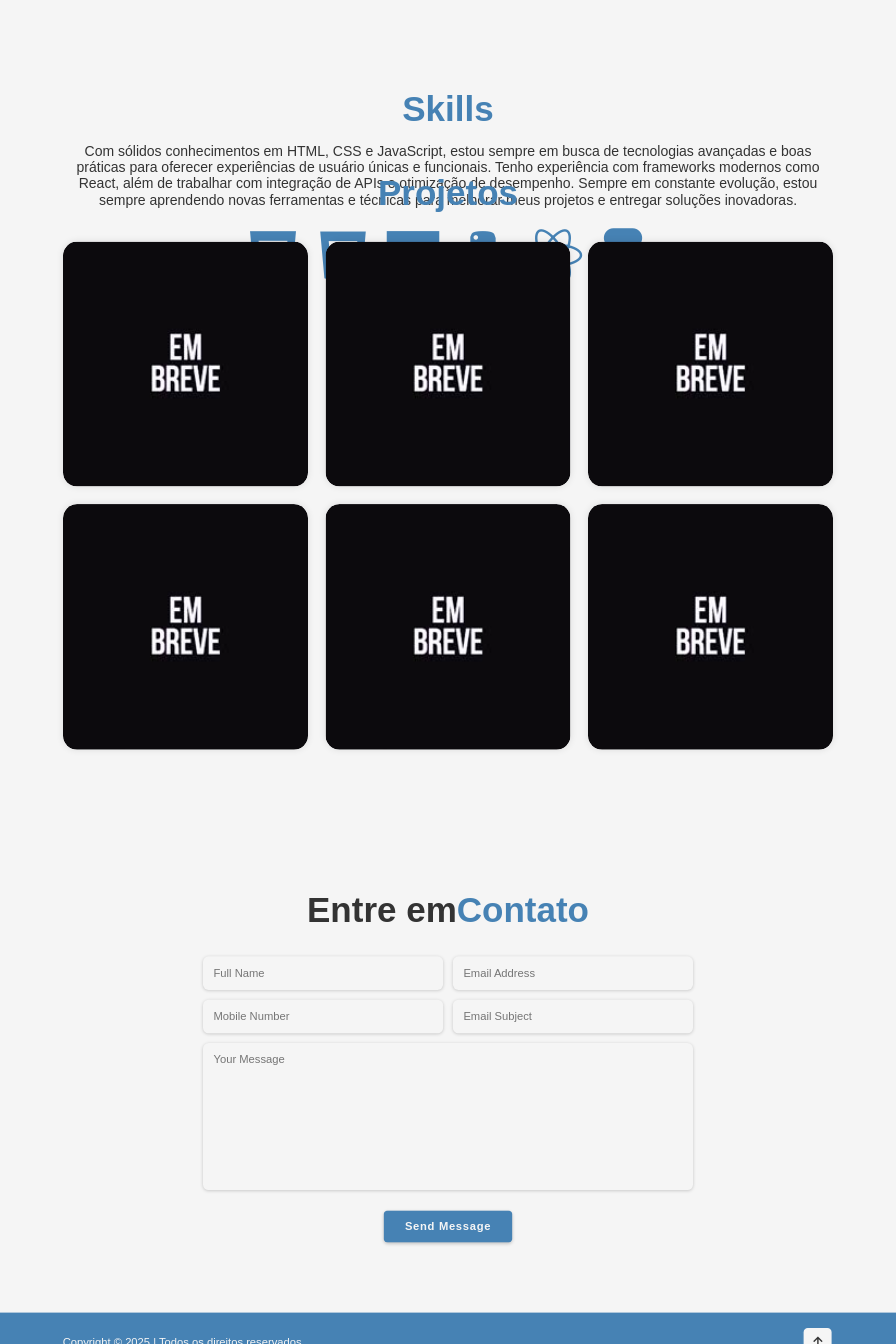
Repository: AliciaKathleen/portfolio-2025
Page: index.html
An editor plug-in stored every save of this project. The page is shown before and after the next save, followed by the edit.
The browser window is 1280 px wide. The pictures show the part of the page from y = 2183 to 4103 px (the page is 4142 px tall before and 4159 px after), at 70% of full size.

Above is the page before, as saved 2025-01-27 17:58:14.
Console error: TypeError: Cannot read properties of null (reading 'classList')

After the next save:
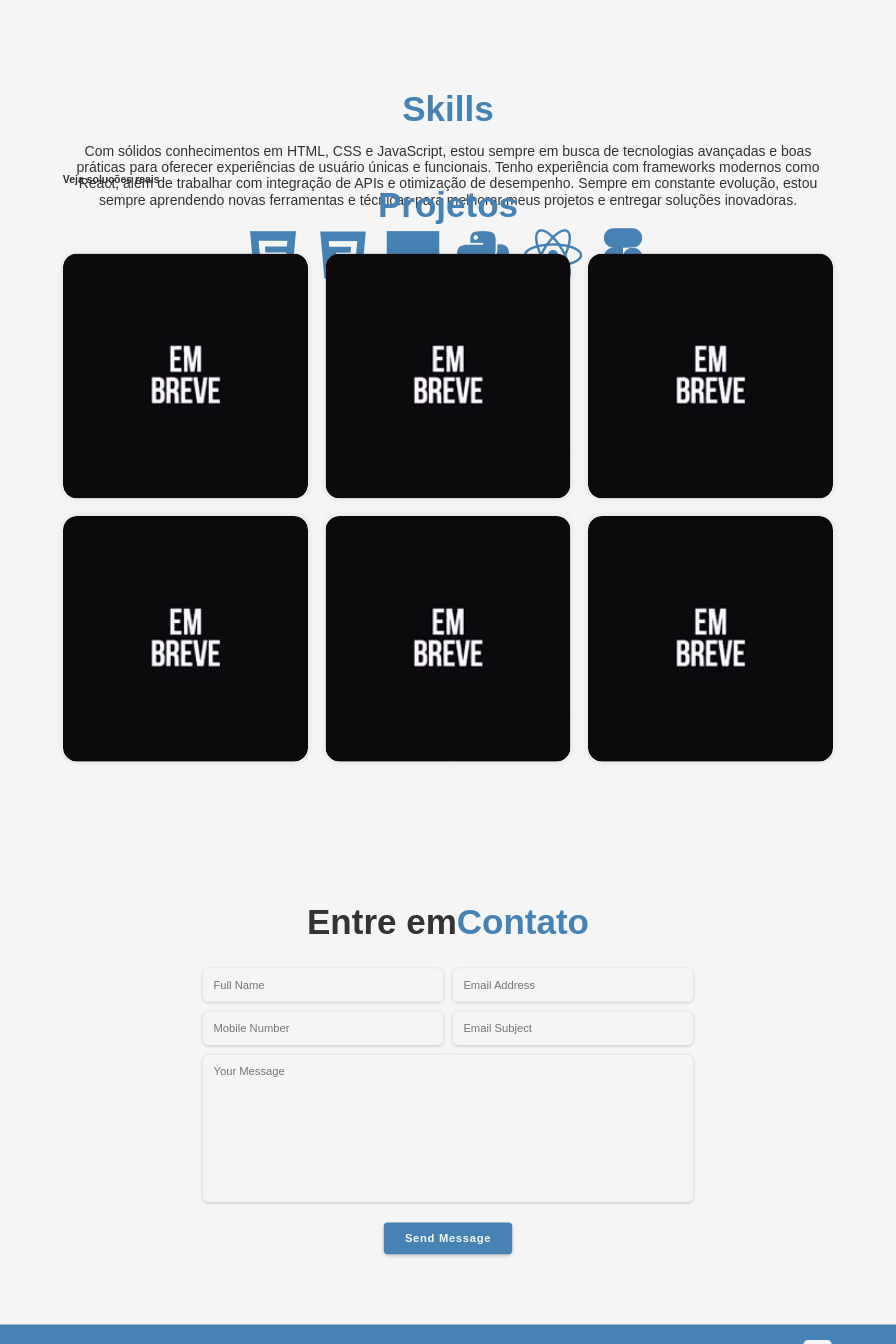
Saved 97 s later.
--- a/index.html
+++ b/index.html
@@ -146,6 +146,7 @@
     </section>
 
     <section class="portfolio" id="portfolio">
+        <h1>Veja soluções reais</h1>
         <h2 class="heading"><span>Projetos</span></h2>
 
         <div class="portfolio-container">
